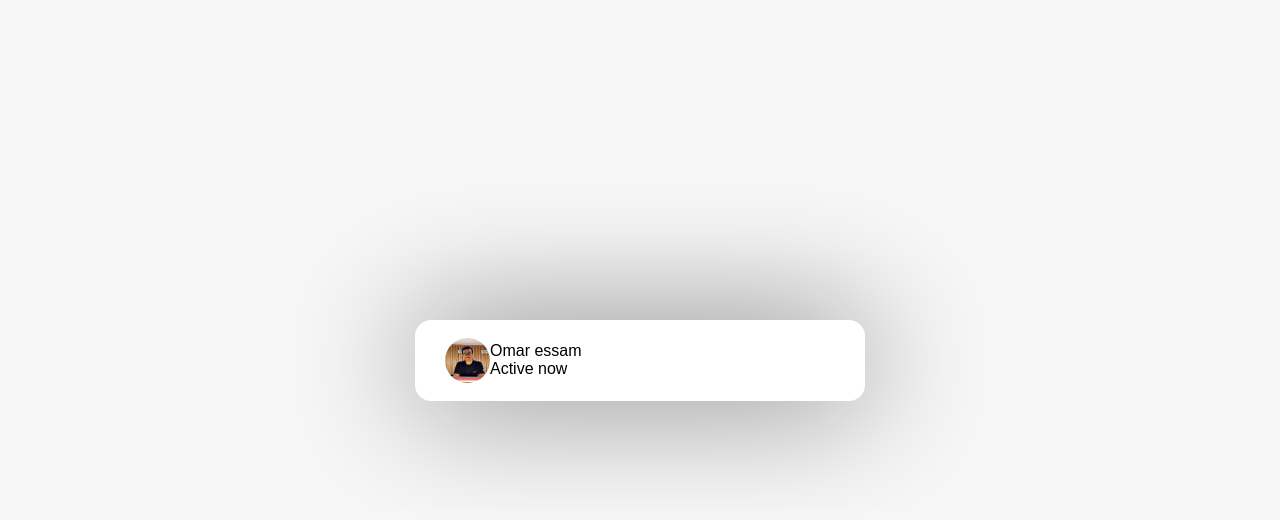
Repository: OmarEssameldinMousa/Chat-Application
Page: chat.html
The author's editor kept a copy of each file at every save. The page is drawn from the files as they stood at one save, then again after the next save.
The browser window is 1280 px wide. The pictures show the whole page.

Above is the page before, as saved 2023-09-22 19:28:04.

### chat.html
<!DOCTYPE html>
<html lang="en">

<head>
    <meta charset="UTF-8">
    <meta name="viewport" content="width=device-width, initial-scale=1.0">
    <title>Realtime Chat App</title>
    <link rel="stylesheet" href="css/normalize.css">
    <link rel="stylesheet" href="css/all.min.css">
    <link rel="stylesheet" href="css/style.css">
</head>

<body>
    <div class="wrapper">
        <section class="chat-area">
            <header>
                <img src="images/124374760.jpg" alt="">
                <div class="details">
                    <span>Omar essam</span>
                    <p>Active now</p>
                </div>
            </header>



        </section>
    </div>
</body>

</html>

### css/style.css
* {
    margin: 0;
    padding: 0;
    box-sizing: border-box;
    text-decoration: none;
    font-family: 'Poppins', sans-serif;
}


body {
    display: flex;
    align-items: center;
    justify-content: center;
    min-height: 100vh;
    background: #f7f7f7;
}

.wrapper {
    background: #fff;
    width: 450px;
    border-radius: 16px;
    box-shadow: 0 0 128px 0 rgba(0, 0, 0, 0.5), 0 32px 64px -48px rgba(0, 0, 0, 0.5);
}

/* Signup Form*/
.form {
    padding: 25px 30px;
}

.form header {
    font-size: 25px;
    font-weight: 600;
    padding-bottom: 10px;
    border-bottom: 1px solid #e6e6e6;
}

.form form {
    margin: 20px 0;
}

.form form .error-txt {
    color: #721c24;
    background: #f8d7da;
    padding: 8px 10px;
    text-align: center;
    border-radius: 5px;
    margin-bottom: 10px;
    border: 1px solid #f5c6cb
}

.form form .name-details {
    display: flex;
}

form .name-details .field:first-child {
    margin-right: 10px;
}

form .name-details .field:last-child {
    margin-left: 10px;
}

.form form .field {
    display: flex;
    flex-direction: column;
    margin-bottom: 10px;
    position: relative;
}

.form form .field label {
    margin-bottom: 2px;
}


.form form .input input {
    outline: none;
}


.form form .input input {
    height: 40px;
    width: 100%;
    font-size: 16px;
    padding: 0 10px;
    border: 1px solid #ccc;
    border-radius: 5px;
}

.form form .image input {
    font-size: 17px;
}

.form form .button input {
    margin-top: 13px;
    height: 45px;
    border: none;
    font-size: 17px;
    font-weight: 500px;
    background: #333;
    color: #fff;
    border-radius: 5px;
    cursor: pointer;
}

.form form .field i {
    position: absolute;
    right: 15px;
    top: 70%;
    transform: translateY(-50%);
    cursor: pointer;
    color: #ccc;
}

.form .link {
    text-align: cetner;
    margin: 10px 0;
    font-size: 17px;
}

.form .link a {
    color: #333;
}

.form .link a:hover {
    text-decoration: underline;
}

.users {
    padding: 25px 30px;
}

.users header,
.users-list a {
    display: flex;
    align-items: center;
    justify-content: center;
    justify-content: space-between;
    border-bottom: 1px solid #e6e6e6;
    padding-bottom: 15px;

}

.wrapper img {
    object-fit: cover;
    border-radius: 50%;
}

:is(.users, .users-list) .content {
    display: flex;
    align-items: center;
}

.users header .content img {
    height: 50px;
    width: 50px;
}


:is(.users, .users-list) .details {
    color: #000;
    margin-left: 15px;
}

:is(.users, .users-list) .details span {
    font-size: 18px;
    font-weight: 500px;
}

.users header .Logout {
    color: #fff;
    padding: 7px 15px;
    background: #333;
    border-radius: 5px;
    font-size: 17px;
}

.users .search {
    margin: 20px 0;
    display: flex;
    justify-content: space-between;
    align-items: center;
    position: relative;
}

.users .search .text {
    font-size: 18px;
}

.users .search input {
    position: absolute;
    height: 43px;
    width: calc(100% - 50px);
    border: 1px solid #ccc;
    padding: 0 13px;
    font-size: 16px;
    border-radius: 5px;
    outline: none;
}

.users .search button {
    width: 47px;
    height: 43px;
    border: none;
    outline: none;
    color: #fff;
    background-color: #333;
    border-radius: 0 5px 5px 0;
    cursor: pointer;
    font-size: 17px;
}

.users-list {
    max-height: 350px;
    overflow-y: auto;
}

.users-list::-webkit-scrollbar {
    width: 0px;
}


.users-list a {
    padding-right: 10px;
    padding-bottom: 10px;
    margin-bottom: 10px;
    border-bottom-color: #f1f1f1;
}

.users-list a:last-child {
    border: none;
    margin-bottom: 0px;
}

.users-list a .content img {
    height: 40px;
    width: 40px;
}


.users header .content p {
    color: #67676a;
}

.users-list a .status-dot {
    font-size: 12px;
    color: #67676a;
}

/* to use the online status */
.users-list a .status-dot.offline {
    font-size: 12px;
    color: #468669;
}


/* Chat Area CSS style */

.chat-area header {
    display: flex;
    align-items: center;
    padding: 18px 30px;
}

.chat-area header img {
    height: 45px;
    width: 45px;
}

Loaded but not shown: css/normalize.css (library); css/all.min.css (library)

After the next save:
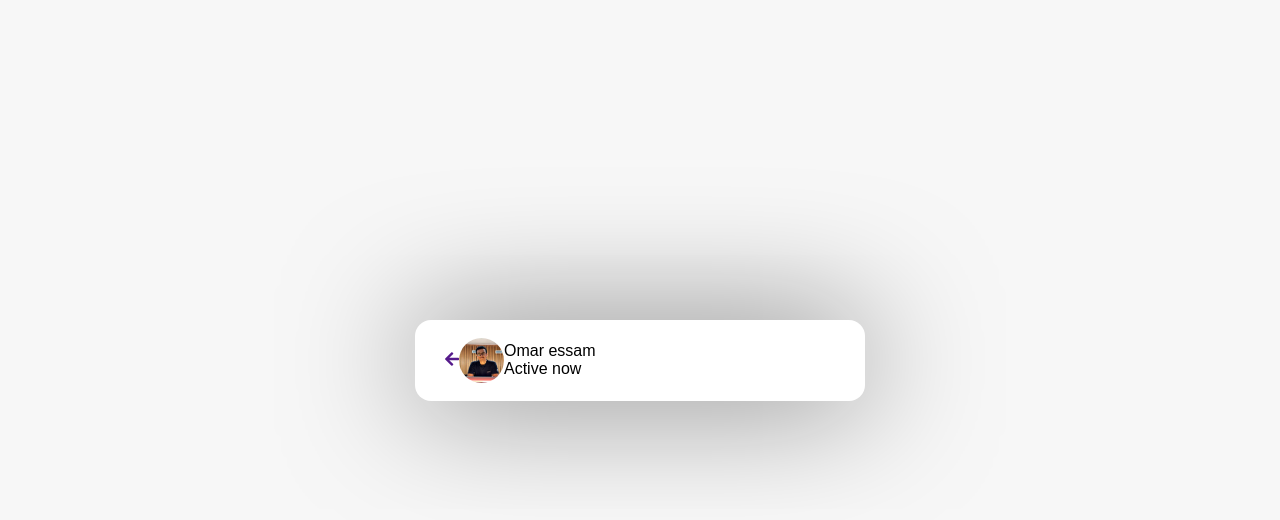
Saved 52 s later.
--- a/chat.html
+++ b/chat.html
@@ -14,6 +14,7 @@
     <div class="wrapper">
         <section class="chat-area">
             <header>
+                <a href=""><i class="fas fa-arrow-left"></i></a>
                 <img src="images/124374760.jpg" alt="">
                 <div class="details">
                     <span>Omar essam</span>
